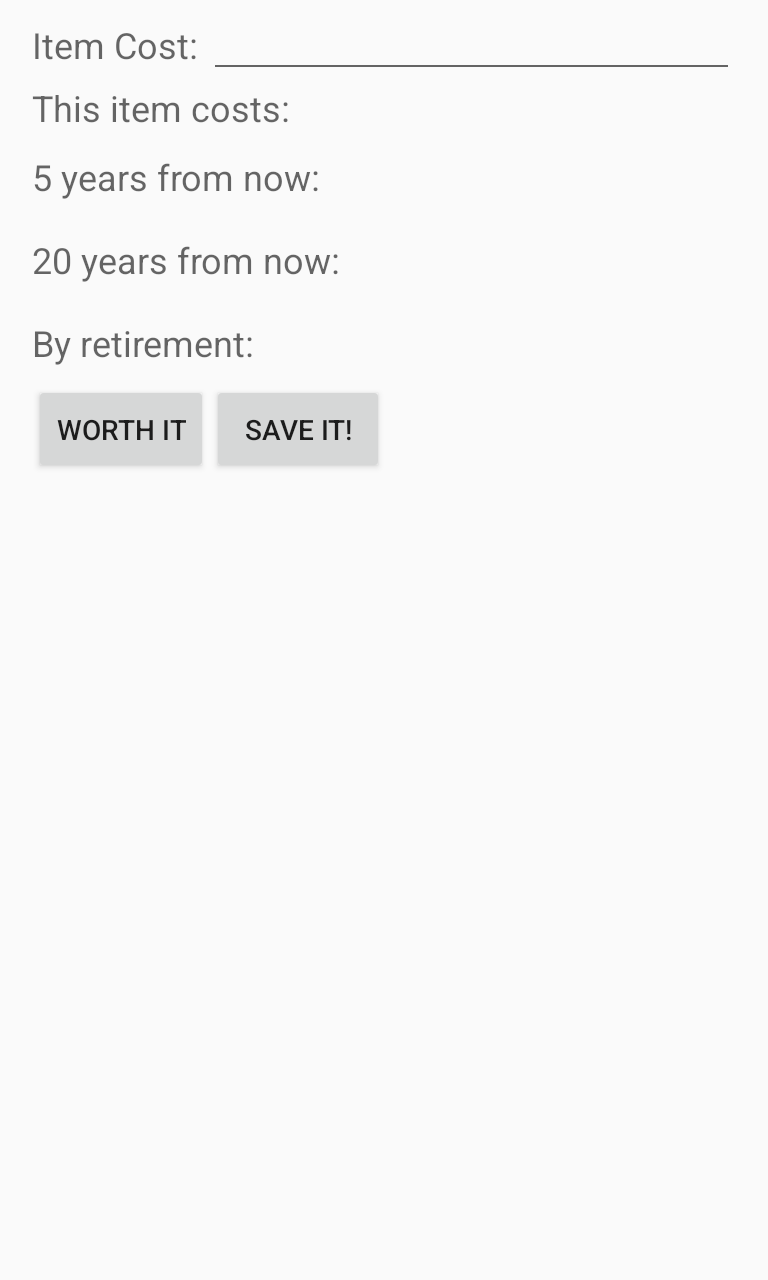
Repository: aallev11/saveit
Layout: ShouldISaveIt/res/layout/activity_main.xml
These files come from the project's save history. The layout is drawn as it stood at one moment and after the next save; the edit follows.
It is drawn on a 768 x 1280 px phone screen (xhdpi) without system bars, with theme AppTheme; the app's code is not run.

Above is the layout before, as saved 2014-03-29 21:29:35.

After the next save:
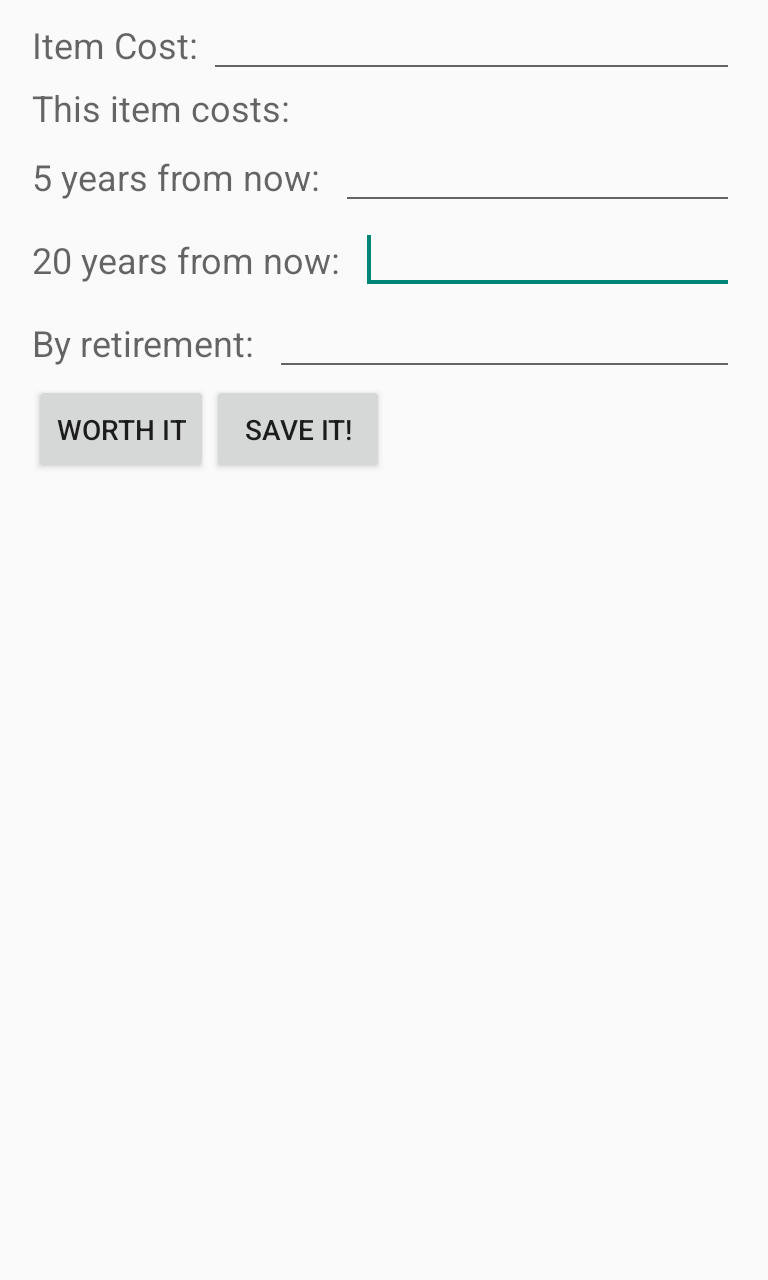
Saved 2 min 5 s later.
--- a/ShouldISaveIt/res/layout/activity_main.xml
+++ b/ShouldISaveIt/res/layout/activity_main.xml
@@ -50,7 +50,7 @@
             android:orientation="horizontal" >
 
             <TextView
-                android:layout_width="fill_parent"
+                android:layout_width="wrap_content"
                 android:layout_height="wrap_content"
                 android:text="5 years from now:  "
                 android:textAppearance="?android:attr/textAppearanceMedium" />
@@ -72,7 +72,7 @@
             android:orientation="horizontal" >
 
             <TextView
-                android:layout_width="fill_parent"
+                android:layout_width="wrap_content"
                 android:layout_height="wrap_content"
                 android:text="20 years from now:  "
                 android:textAppearance="?android:attr/textAppearanceMedium" />
@@ -96,7 +96,7 @@
             android:orientation="horizontal" >
 
             <TextView
-                android:layout_width="fill_parent"
+                android:layout_width="wrap_content"
                 android:layout_height="wrap_content"
                 android:text="By retirement:  "
                 android:textAppearance="?android:attr/textAppearanceMedium" />
